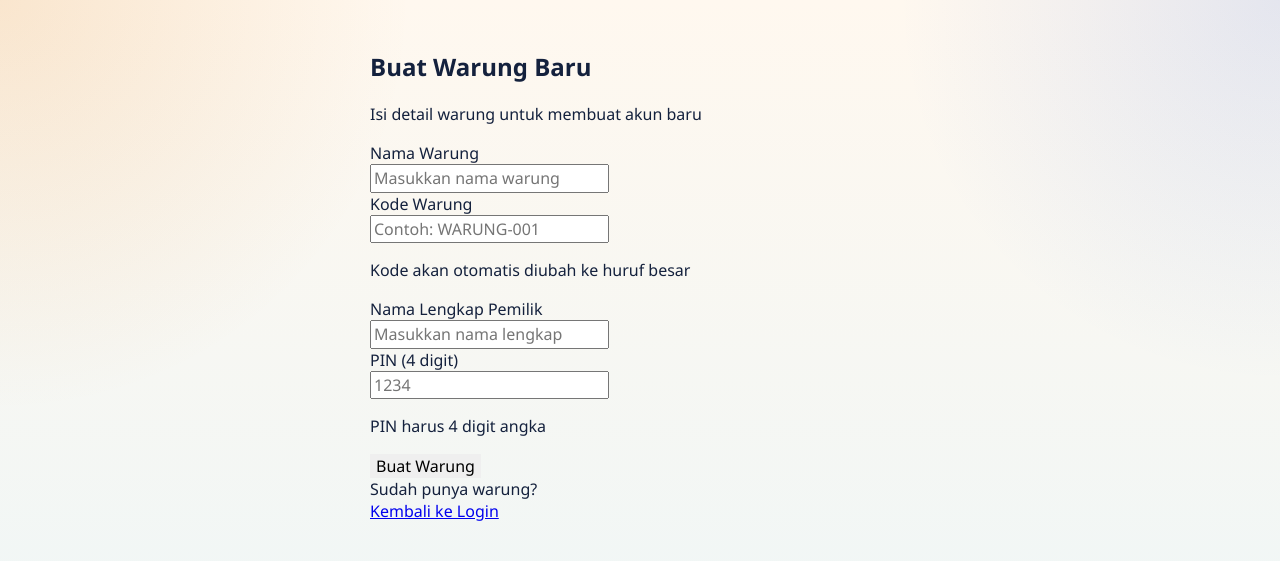
Repository: diritditdit07/warung-pintar
Page: /, after clicking the first element matching `button.link-button`
An editor plug-in stored every save of this project. The page is shown before and after a run of saves, followed by the edit.
The browser window is 1280 px wide. The pictures show the whole page.
The project was rebuilt for these pictures with package versions that can differ from the ones it lists, and the page was loaded fresh each time. Also part of the build but not shown: vite.config.js, src/components/ScreenLayout.jsx, src/components/ExpensePage.jsx, src/utils/currency.js, src/components/HomeDashboard.jsx, src/components/ProductPage.jsx, src/components/ReportPage.jsx, src/components/SalesPage.jsx and 1 more.

Above is the page before, as saved 2026-04-08 11:00:41.

### index.html
<!doctype html>
<html lang="id">
  <head>
    <meta charset="UTF-8" />
    <meta name="viewport" content="width=device-width, initial-scale=1.0" />
    <meta name="theme-color" content="#f97316" />
    <meta name="description" content="Kasir offline sederhana untuk warung makanan kecil." />
    <title>Warung Pintar Kasir</title>
  </head>
  <body>
    <div id="root"></div>
    <script type="module" src="/src/main.jsx"></script>
  </body>
  </html>

### src/main.jsx
import React from 'react';
import ReactDOM from 'react-dom/client';
import { registerSW } from 'virtual:pwa-register';
import App from './App';
import './index.css';

registerSW({
  immediate: true
});

ReactDOM.createRoot(document.getElementById('root')).render(
  <React.StrictMode>
    <App />
  </React.StrictMode>
);

### src/index.css
:root {
  --bg-top: #fff8ef;
  --bg-bottom: #eef6f7;
  --surface: rgba(255, 255, 255, 0.94);
  --surface-strong: #ffffff;
  --surface-soft: #f8fafc;
  --border: #dbe4ea;
  --border-strong: #c6d3dc;
  --text-main: #14213d;
  --text-soft: #526071;
  --shadow-soft: 0 14px 34px rgba(20, 33, 61, 0.08);
  --shadow-card: 0 10px 24px rgba(20, 33, 61, 0.06);
  --accent-green: #1f7a4f;
  --accent-green-dark: #17603d;
  --accent-orange: #d97706;
  --accent-orange-dark: #b45309;
  --accent-blue: #2563eb;
  --accent-blue-dark: #1d4ed8;
  --accent-cream: #fff7e8;
  --accent-mint: #edf8f1;
  font-family: 'Segoe UI', Tahoma, Geneva, Verdana, sans-serif;
  color: var(--text-main);
  background:
    radial-gradient(circle at top left, rgba(217, 119, 6, 0.14), transparent 28%),
    radial-gradient(circle at top right, rgba(37, 99, 235, 0.12), transparent 26%),
    linear-gradient(180deg, var(--bg-top) 0%, var(--bg-bottom) 100%);
  font-synthesis: none;
  text-rendering: optimizeLegibility;
  -webkit-font-smoothing: antialiased;
  -moz-osx-font-smoothing: grayscale;
  line-height: 1.4;
}

* {
  box-sizing: border-box;
}

html,
body,
#root {
  min-height: 100%;
  margin: 0;
}

body {
  min-height: 100vh;
  font-size: 16px;
  color: var(--text-main);
}

button,
input {
  font: inherit;
}

button {
  border: none;
  cursor: pointer;
}

button:focus-visible,
input:focus-visible {
  outline: 3px solid var(--accent-blue);
  outline-offset: 3px;
}

.app-shell {
  min-height: 100vh;
  padding: 22px 14px 32px;
}

.app-frame {
  width: min(100%, 540px);
  margin: 0 auto;
}

.login-shell {
  min-height: calc(100vh - 44px);
  display: grid;
  align-items: center;
}

.login-card {
  padding: 24px 20px;
  border-radius: 28px;
  background: linear-gradient(135deg, rgba(255, 255, 255, 0.96), rgba(247, 251, 253, 0.98));
  border: 1px solid rgba(255, 255, 255, 0.75);
  box-shadow: var(--shadow-soft);
}

.login-card__subtitle {
  margin: 10px 0 20px;
  color: var(--text-soft);
  font-size: 1rem;
}

.form-error {
  margin: 0;
  padding: 10px 12px;
  border-radius: 12px;
  background: #fff1f2;
  color: #be123c;
  border: 1px solid #fecdd3;
  font-size: 0.92rem;
}

.app-toast {
  position: sticky;
  top: 14px;
  z-index: 20;
  width: min(100%, 540px);
  margin: 0 auto 12px;
  padding: 12px 14px;
  border-radius: 14px;
  background: rgba(20, 33, 61, 0.94);
  color: #ffffff;
  text-align: center;
  font-size: 0.95rem;
  font-weight: 600;
  box-shadow: 0 14px 30px rgba(20, 33, 61, 0.2);
}

.app-sync-banner {
  width: min(100%, 540px);
  margin: 0 auto 10px;
  padding: 10px 12px;
  border-radius: 14px;
  background: #fff7ed;
  border: 1px solid #fed7aa;
  color: #9a3412;
  font-size: 0.92rem;
  font-weight: 600;
}

.app-sync-banner--info {
  background: #eff6ff;
  border-color: #bfdbfe;
  color: #1d4ed8;
}

.hero-card,
.screen-card,
.summary-card,
.report-card {
  border-radius: 24px;
  box-shadow: var(--shadow-soft);
}

.hero-card,
.screen-card {
  background: var(--surface);
  border: 1px solid rgba(255, 255, 255, 0.75);
  backdrop-filter: blur(10px);
}

.hero-card {
  position: relative;
  overflow: hidden;
  padding: 24px 20px;
  background:
    radial-gradient(circle at top right, rgba(255, 255, 255, 0.42), transparent 34%),
    linear-gradient(135deg, #fffdf9 0%, #f7fbff 100%);
}

.hero-card::after {
  content: '';
  position: absolute;
  inset: auto -24px -28px auto;
  width: 120px;
  height: 120px;
  border-radius: 999px;
  background: radial-gradient(circle, rgba(37, 99, 235, 0.14), transparent 68%);
  pointer-events: none;
}

.eyebrow {
  margin: 0 0 8px;
  font-size: 0.95rem;
  font-weight: 600;
  color: var(--text-soft);
}

.hero-card h1,
.screen-card h2 {
  margin: 0;
  font-size: clamp(1.7rem, 4.8vw, 2.2rem);
  line-height: 1.15;
  color: var(--text-main);
}

.hero-card__label,
.screen-card p,
.report-card span,
.field-block span,
.summary-card span {
  color: var(--text-soft);
}

.hero-card__label {
  margin: 18px 0 8px;
  font-size: 1rem;
  font-weight: 600;
}

.hero-card__amount {
  display: block;
  font-size: clamp(2.1rem, 7vw, 2.9rem);
  color: var(--accent-green-dark);
}

.hero-meta {
  display: flex;
  flex-wrap: wrap;
  gap: 8px;
  margin-top: 12px;
}

.hero-meta span,
.settings-info-card span,
.settings-info-card strong {
  display: inline-flex;
  align-items: center;
  min-height: 32px;
  padding: 0 12px;
  border-radius: 999px;
  background: rgba(255, 255, 255, 0.8);
  border: 1px solid var(--border);
  color: var(--text-soft);
  font-size: 0.9rem;
}

.settings-info-card strong {
  color: var(--text-main);
}

.main-actions {
  display: grid;
  gap: 12px;
  margin-top: 18px;
}

.home-dashboard {
  display: grid;
  gap: 14px;
}

.secondary-actions {
  display: grid;
  grid-template-columns: 1fr 1fr;
  gap: 10px;
}

.main-action,
.product-button,
.pay-button,
.save-button,
.back-button {
  min-height: 64px;
  border-radius: 18px;
  font-weight: 700;
  transition: transform 150ms ease, box-shadow 150ms ease, filter 150ms ease;
}

.main-action:active,
.product-button:active,
.pay-button:active,
.save-button:active,
.back-button:active {
  transform: scale(0.98);
}

.main-action {
  padding: 16px 18px;
  font-size: 1.35rem;
  color: #ffffff;
  box-shadow: 0 12px 24px rgba(20, 33, 61, 0.14);
}

.main-action:hover,
.secondary-action:hover,
.product-button:hover,
.report-filter-button:hover,
.product-edit-button:hover,
.save-button:hover,
.back-button:hover {
  filter: brightness(1.02);
}

.main-action--sales {
  background: linear-gradient(135deg, var(--accent-green), var(--accent-green-dark));
}

.main-action--expense {
  background: linear-gradient(135deg, var(--accent-orange), var(--accent-orange-dark));
}

.main-action--report {
  background: linear-gradient(135deg, var(--accent-blue), var(--accent-blue-dark));
}

.secondary-action,
.cancel-button,
.product-edit-button {
  min-height: 52px;
  border-radius: 16px;
  font-weight: 600;
}

.secondary-action {
  width: 100%;
  background: rgba(255, 255, 255, 0.9);
  color: var(--text-main);
  border: 1px solid var(--border);
  font-size: 1rem;
  box-shadow: var(--shadow-card);
}

.screen-card {
  padding: 20px;
}

.screen-card__header {
  display: grid;
  gap: 12px;
  margin-bottom: 20px;
}

.back-button {
  width: 120px;
  min-height: 48px;
  background: linear-gradient(135deg, #23324f, #14213d);
  color: #ffffff;
  font-size: 0.95rem;
}

.screen-card p {
  margin: 6px 0 0;
  font-size: 1rem;
}

.product-grid {
  display: grid;
  grid-template-columns: repeat(2, minmax(0, 1fr));
  gap: 12px;
}

.product-button {
  display: grid;
  align-content: space-between;
  padding: 14px;
  min-height: 108px;
  text-align: left;
  background: linear-gradient(180deg, #fffdfa 0%, var(--accent-cream) 100%);
  color: var(--text-main);
  border: 1px solid #f3d4a6;
  box-shadow: var(--shadow-card);
}

.product-button span {
  font-size: 1.02rem;
  line-height: 1.25;
}

.product-button strong,
.summary-card strong,
.report-card strong {
  font-size: 1.1rem;
  color: var(--text-main);
}

.summary-card {
  margin-top: 18px;
  padding: 18px;
  background: var(--surface-strong);
  border: 1px solid var(--border);
}

.report-filter-list {
  display: grid;
  grid-template-columns: repeat(2, 1fr);
  gap: 8px;
  margin-bottom: 16px;
}

.report-custom-range {
  display: grid;
  grid-template-columns: 1fr;
  gap: 12px;
  margin-bottom: 16px;
}

.report-filter-button {
  min-height: 42px;
  padding: 8px 10px;
  border-radius: 12px;
  background: rgba(255, 255, 255, 0.85);
  color: var(--text-soft);
  font-size: 0.92rem;
  font-weight: 600;
  border: 1px solid var(--border);
  box-shadow: var(--shadow-card);
}

.report-filter-button--active {
  background: linear-gradient(135deg, var(--accent-blue), var(--accent-blue-dark));
  color: #ffffff;
  border-color: var(--accent-blue-dark);
}

.summary-card__row,
.cart-list__item {
  display: flex;
  align-items: center;
  justify-content: space-between;
  gap: 12px;
}

.cart-list__details {
  display: grid;
  gap: 4px;
  flex: 1;
}

.summary-card__row {
  font-size: 1rem;
}

.summary-card__row--total {
  margin-top: 16px;
  padding-top: 16px;
  border-top: 1px solid var(--border);
  font-size: 1.1rem;
}

.cart-list {
  display: grid;
  gap: 10px;
  margin-top: 14px;
}

.cart-list__item {
  padding: 12px 14px;
  border-radius: 16px;
  background: linear-gradient(180deg, #ffffff 0%, #f8fbfd 100%);
  border: 1px solid var(--border);
  font-size: 0.98rem;
  align-items: center;
  box-shadow: var(--shadow-card);
}

.cart-list__item--button {
  width: 100%;
  text-align: left;
  cursor: pointer;
}

.cart-list__item--button:active {
  transform: scale(0.99);
}

.cart-list__hint {
  color: var(--text-soft);
  font-size: 0.84rem;
  font-weight: 600;
}

.empty-state {
  margin: 0;
  padding: 16px;
  border-radius: 16px;
  text-align: center;
  background: linear-gradient(180deg, #ffffff 0%, #f8fbfd 100%);
  border: 1px dashed var(--border-strong);
  font-size: 1rem;
  color: var(--text-soft);
}

.pay-button,
.save-button {
  width: 100%;
  margin-top: 18px;
  background: linear-gradient(135deg, var(--accent-green), var(--accent-green-dark));
  color: #ffffff;
  font-size: 1.1rem;
  box-shadow: 0 12px 24px rgba(31, 122, 79, 0.18);
}

.pay-button:disabled {
  background: #cae8d6;
  color: #28593e;
  cursor: not-allowed;
  box-shadow: none;
}

.expense-form,
.report-list {
  display: grid;
  gap: 16px;
}

.product-form-card {
  padding: 16px;
  border-radius: 20px;
  background: linear-gradient(180deg, #ffffff 0%, #f7fbfd 100%);
  border: 1px solid var(--border);
  scroll-margin-top: 16px;
}

.settings-info-card {
  display: flex;
  flex-wrap: wrap;
  gap: 8px;
  margin-bottom: 14px;
}

.form-actions {
  display: grid;
  gap: 10px;
}

.edit-banner {
  padding: 10px 12px;
  border-radius: 14px;
  background: #e8f1ff;
  color: #20498a;
  font-size: 0.95rem;
  font-weight: 600;
  border: 1px solid #c8daf8;
}

.field-block {
  display: grid;
  gap: 8px;
}

.field-block span {
  font-size: 0.96rem;
  font-weight: 600;
}

.field-block input {
  min-height: 54px;
  padding: 0 16px;
  border-radius: 14px;
  border: 1px solid var(--border-strong);
  background: rgba(255, 255, 255, 0.98);
  font-size: 1rem;
  color: var(--text-main);
  box-shadow: inset 0 1px 2px rgba(20, 33, 61, 0.04);
}

.field-block input:focus {
  outline: 3px solid rgba(37, 99, 235, 0.16);
  border-color: var(--accent-blue);
}

.report-card {
  padding: 18px;
  background: var(--surface-strong);
  border: 1px solid var(--border);
}

.report-detail-section {
  margin-top: 18px;
}

.report-detail-header {
  display: flex;
  align-items: center;
  justify-content: space-between;
  gap: 12px;
  margin-bottom: 10px;
}

.report-detail-header h3 {
  margin: 0;
  font-size: 1rem;
  color: var(--text-main);
}

.report-detail-header span {
  font-size: 0.9rem;
  color: var(--text-soft);
}

.report-entry-list {
  display: grid;
  gap: 10px;
}

.report-entry-card {
  padding: 14px;
  border-radius: 16px;
  background: linear-gradient(180deg, #ffffff 0%, #f8fbfd 100%);
  border: 1px solid var(--border);
  box-shadow: var(--shadow-card);
}

.report-entry-card__top {
  display: flex;
  align-items: center;
  justify-content: space-between;
  gap: 12px;
}

.report-entry-card__top strong {
  font-size: 1rem;
  color: var(--text-main);
}

.report-entry-card__top span {
  font-size: 0.85rem;
  color: var(--text-soft);
}

.report-entry-card p {
  margin: 8px 0 0;
  color: var(--text-soft);
  font-size: 0.95rem;
}

.product-list {
  margin-top: 18px;
}

.product-card {
  display: grid;
  gap: 12px;
}

.product-card--editing {
  border-color: var(--accent-blue);
  box-shadow: 0 0 0 2px rgba(37, 99, 235, 0.12), var(--shadow-card);
}

.cancel-button {
  width: 100%;
  background: #eef2f6;
  color: var(--text-main);
  font-size: 1rem;
  border: 1px solid var(--border);
}

.product-edit-button {
  width: 100%;
  background: linear-gradient(135deg, var(--accent-blue), var(--accent-blue-dark));
  color: #ffffff;
  font-size: 0.95rem;
  box-shadow: 0 10px 20px rgba(37, 99, 235, 0.14);
}

.report-card--profit {
  background: linear-gradient(135deg, #eefaf2, #dcf3e4);
  border-color: #b8ddc7;
}

.report-card:first-child {
  background: linear-gradient(135deg, #fffaf2, #fff2d8);
  border-color: #f3d8a5;
}

.report-card:nth-child(2) {
  background: linear-gradient(135deg, #f7faff, #e7f0ff);
  border-color: #c8daf8;
}

.report-card strong {
  letter-spacing: -0.02em;
}

.report-card span {
  display: block;
  margin-bottom: 8px;
  font-size: 0.96rem;
}

.report-card strong {
  font-size: 1.6rem;
  color: var(--text-main);
}

@media (min-width: 640px) {
  .app-shell {
    padding-top: 30px;
  }

  .screen-card__header {
    grid-template-columns: auto 1fr;
    align-items: start;
  }

  .product-grid {
    grid-template-columns: repeat(3, minmax(0, 1fr));
  }

  .report-filter-list {
    grid-template-columns: repeat(4, 1fr);
  }

  .report-custom-range {
    grid-template-columns: 1fr 1fr;
  }

  .product-card {
    grid-template-columns: 1fr 120px;
    align-items: center;
  }
}

### src/components/AddStorePage.jsx
import { useState } from 'react';
import { createStore } from '../utils/auth';

function AddStorePage() {
  const [formData, setFormData] = useState({
    storeName: '',
    storeCode: '',
    pin: '',
    fullName: ''
  });
  const [isLoading, setIsLoading] = useState(false);
  const [message, setMessage] = useState('');
  const [error, setError] = useState('');

  const handleChange = (e) => {
    const { name, value } = e.target;
    setFormData(prev => ({
      ...prev,
      [name]: value
    }));
  };

  const handleSubmit = async (e) => {
    e.preventDefault();
    setIsLoading(true);
    setError('');
    setMessage('');

    try {
      const result = await createStore(
        formData.storeCode,
        formData.storeName,
        formData.pin,
        formData.fullName
      );

      setMessage(`Warung "${result.store.name}" berhasil dibuat! Kode: ${result.store.code}`);
      setFormData({
        storeName: '',
        storeCode: '',
        pin: '',
        fullName: ''
      });
    } catch (err) {
      setError(err.message);
    } finally {
      setIsLoading(false);
    }
  };

  return (
    <div className="min-h-screen bg-gray-50 flex flex-col justify-center py-12 sm:px-6 lg:px-8">
      <div className="sm:mx-auto sm:w-full sm:max-w-md">
        <h2 className="mt-6 text-center text-3xl font-extrabold text-gray-900">
          Buat Warung Baru
        </h2>
        <p className="mt-2 text-center text-sm text-gray-600">
          Isi detail warung untuk membuat akun baru
        </p>
      </div>

      <div className="mt-8 sm:mx-auto sm:w-full sm:max-w-md">
        <div className="bg-white py-8 px-4 shadow sm:rounded-lg sm:px-10">
          <form className="space-y-6" onSubmit={handleSubmit}>
            <div>
              <label htmlFor="storeName" className="block text-sm font-medium text-gray-700">
                Nama Warung
              </label>
              <div className="mt-1">
                <input
                  id="storeName"
                  name="storeName"
                  type="text"
                  required
                  value={formData.storeName}
                  onChange={handleChange}
                  className="appearance-none block w-full px-3 py-2 border border-gray-300 rounded-md placeholder-gray-400 focus:outline-none focus:ring-blue-500 focus:border-blue-500 sm:text-sm"
                  placeholder="Masukkan nama warung"
                />
              </div>
            </div>

            <div>
              <label htmlFor="storeCode" className="block text-sm font-medium text-gray-700">
                Kode Warung
              </label>
              <div className="mt-1">
                <input
                  id="storeCode"
                  name="storeCode"
                  type="text"
                  required
                  value={formData.storeCode}
                  onChange={handleChange}
                  className="appearance-none block w-full px-3 py-2 border border-gray-300 rounded-md placeholder-gray-400 focus:outline-none focus:ring-blue-500 focus:border-blue-500 sm:text-sm uppercase"
                  placeholder="Contoh: WARUNG-001"
                />
              </div>
              <p className="mt-1 text-xs text-gray-500">
                Kode akan otomatis diubah ke huruf besar
              </p>
            </div>

            <div>
              <label htmlFor="fullName" className="block text-sm font-medium text-gray-700">
                Nama Lengkap Pemilik
              </label>
              <div className="mt-1">
                <input
                  id="fullName"
                  name="fullName"
                  type="text"
                  required
                  value={formData.fullName}
                  onChange={handleChange}
                  className="appearance-none block w-full px-3 py-2 border border-gray-300 rounded-md placeholder-gray-400 focus:outline-none focus:ring-blue-500 focus:border-blue-500 sm:text-sm"
                  placeholder="Masukkan nama lengkap"
                />
              </div>
            </div>

            <div>
              <label htmlFor="pin" className="block text-sm font-medium text-gray-700">
                PIN (4 digit)
              </label>
              <div className="mt-1">
                <input
                  id="pin"
                  name="pin"
                  type="password"
                  required
                  maxLength="4"
                  pattern="[0-9]{4}"
                  value={formData.pin}
                  onChange={handleChange}
                  className="appearance-none block w-full px-3 py-2 border border-gray-300 rounded-md placeholder-gray-400 focus:outline-none focus:ring-blue-500 focus:border-blue-500 sm:text-sm"
                  placeholder="1234"
                />
              </div>
              <p className="mt-1 text-xs text-gray-500">
                PIN harus 4 digit angka
              </p>
            </div>

            {error && (
              <div className="rounded-md bg-red-50 p-4">
                <div className="text-sm text-red-700">{error}</div>
              </div>
            )}

            {message && (
              <div className="rounded-md bg-green-50 p-4">
                <div className="text-sm text-green-700">{message}</div>
              </div>
            )}

            <div>
              <button
                type="submit"
                disabled={isLoading}
                className="group relative w-full flex justify-center py-2 px-4 border border-transparent text-sm font-medium rounded-md text-white bg-blue-600 hover:bg-blue-700 focus:outline-none focus:ring-2 focus:ring-offset-2 focus:ring-blue-500 disabled:opacity-50 disabled:cursor-not-allowed"
              >
                {isLoading ? 'Membuat...' : 'Buat Warung'}
              </button>
            </div>
          </form>

          <div className="mt-6">
            <div className="relative">
              <div className="absolute inset-0 flex items-center">
                <div className="w-full border-t border-gray-300" />
              </div>
              <div className="relative flex justify-center text-sm">
                <span className="px-2 bg-white text-gray-500">
                  Sudah punya warung?
                </span>
              </div>
            </div>

            <div className="mt-6">
              <a
                href="/"
                className="w-full flex justify-center py-2 px-4 border border-gray-300 rounded-md shadow-sm text-sm font-medium text-gray-700 bg-white hover:bg-gray-50 focus:outline-none focus:ring-2 focus:ring-offset-2 focus:ring-blue-500"
              >
                Kembali ke Login
              </a>
            </div>
          </div>
        </div>
      </div>
    </div>
  );
}

export default AddStorePage;

### src/components/LoginPage.jsx
export default function LoginPage({
  storeCode,
  pin,
  isSubmitting,
  errorMessage,
  onStoreCodeChange,
  onPinChange,
  onSubmit,
  onAddStore
}) {
  return (
    <section className="login-shell">
      <div className="login-card">
        <p className="eyebrow">Masuk warung</p>
        <h1>Kasir Warung</h1>
        <p className="login-card__subtitle">Masukkan kode warung dan PIN untuk mulai jualan.</p>

        <form className="expense-form" onSubmit={onSubmit}>
          <label className="field-block">
            <span>Kode Warung</span>
            <input
              type="text"
              autoCapitalize="characters"
              value={storeCode}
              onChange={(event) => onStoreCodeChange(event.target.value.toUpperCase())}
              placeholder="Contoh: WARUNG-DEMO"
            />
          </label>

          <label className="field-block">
            <span>PIN</span>
            <input
              type="password"
              inputMode="numeric"
              value={pin}
              onChange={(event) => onPinChange(event.target.value)}
              placeholder="Masukkan PIN"
            />
          </label>

          {errorMessage && <p className="form-error">{errorMessage}</p>}

          <button type="submit" className="save-button" disabled={isSubmitting}>
            {isSubmitting ? 'Masuk...' : 'Masuk'}
          </button>
        </form>

        {onAddStore && (
          <div className="login-card__footer">
            <button type="button" className="link-button" onClick={onAddStore}>
              Buat Warung Baru
            </button>
          </div>
        )}
      </div>
    </section>
  );
}

Loaded but not shown: src/utils/date.js (125 lines, source omitted); src/utils/auth.js (87 lines, source omitted); src/utils/storage.js (69 lines, source omitted); src/utils/report.js (51 lines, source omitted); src/utils/api.js (55 lines, source omitted); src/utils/supabase.js (22 lines, source omitted); src/data/defaultProducts.js (8 lines, source omitted); src/App.jsx (510 lines, source omitted)

After the next 2 saves:
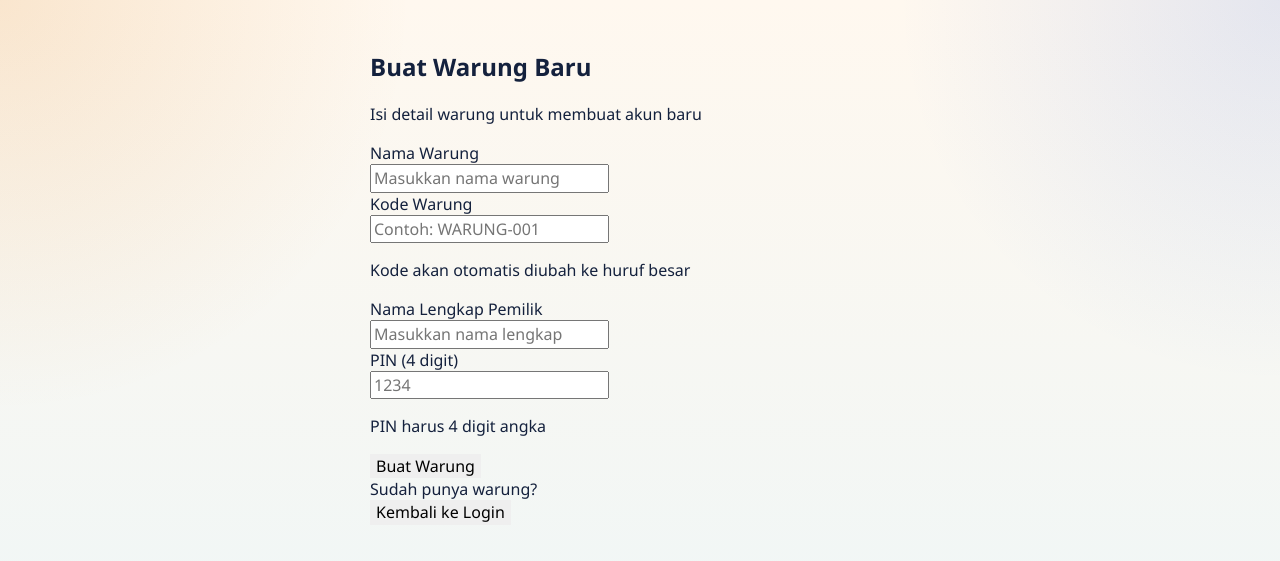
The 2 saves are shown as one change because they came seconds apart.
The last was saved 4 s later.
--- a/src/components/AddStorePage.jsx
+++ b/src/components/AddStorePage.jsx
@@ -1,7 +1,7 @@
 import { useState } from 'react';
 import { createStore } from '../utils/auth';
 
-function AddStorePage() {
+function AddStorePage({ onBack }) {
   const [formData, setFormData] = useState({
     storeName: '',
     storeCode: '',
@@ -178,12 +178,13 @@ function AddStorePage() {
             </div>
 
             <div className="mt-6">
-              <a
-                href="/"
+              <button
+                type="button"
+                onClick={onBack}
                 className="w-full flex justify-center py-2 px-4 border border-gray-300 rounded-md shadow-sm text-sm font-medium text-gray-700 bg-white hover:bg-gray-50 focus:outline-none focus:ring-2 focus:ring-offset-2 focus:ring-blue-500"
               >
                 Kembali ke Login
-              </a>
+              </button>
             </div>
           </div>
         </div>
